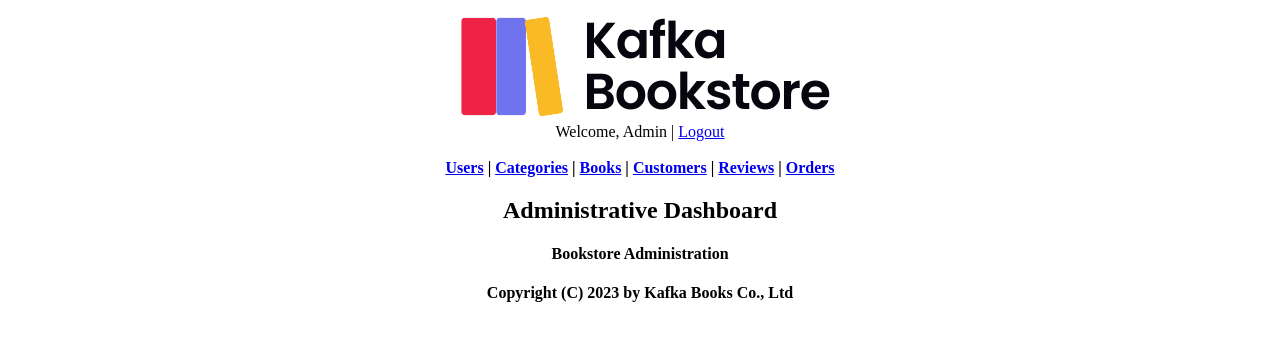
Repository: janvi2502/BookStore
Page: http://localhost/BookStoreWebsite/admin/user_list.jsp
An editor plug-in stored every save of this project. The page is shown before and after the next save, followed by the edit.
The browser window is 1280 px wide. The pictures show the whole page.
The page is served by Tomcat 10.

Above is the page before, as saved 2023-10-23 10:47:01.

After the next save:
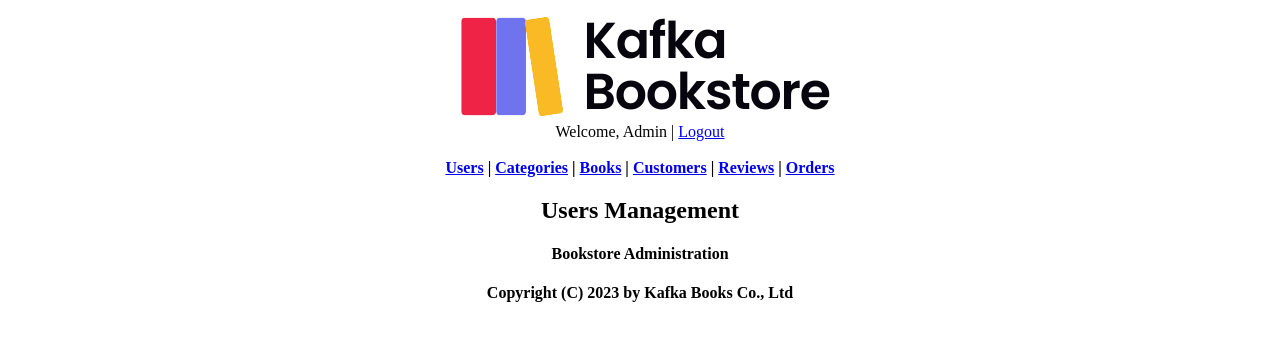
Saved 31 s later.
--- a/BookStoreWebsite/WebContent/admin/user_list.jsp
+++ b/BookStoreWebsite/WebContent/admin/user_list.jsp
@@ -4,12 +4,12 @@
 <html>
 <head>
 <meta charset="UTF-8">
-<title>Users List - Kafka Bookstore Administration</title>
+<title>Manage Users - Kafka Bookstore Administration</title>
 </head>
 <body>
 	<jsp:directive.include file="header.jsp" />
 	<div align="center">
-		<h2>Administrative Dashboard</h2>
+		<h2>Users Management</h2>
 	</div>
 
 	<div align="center">
